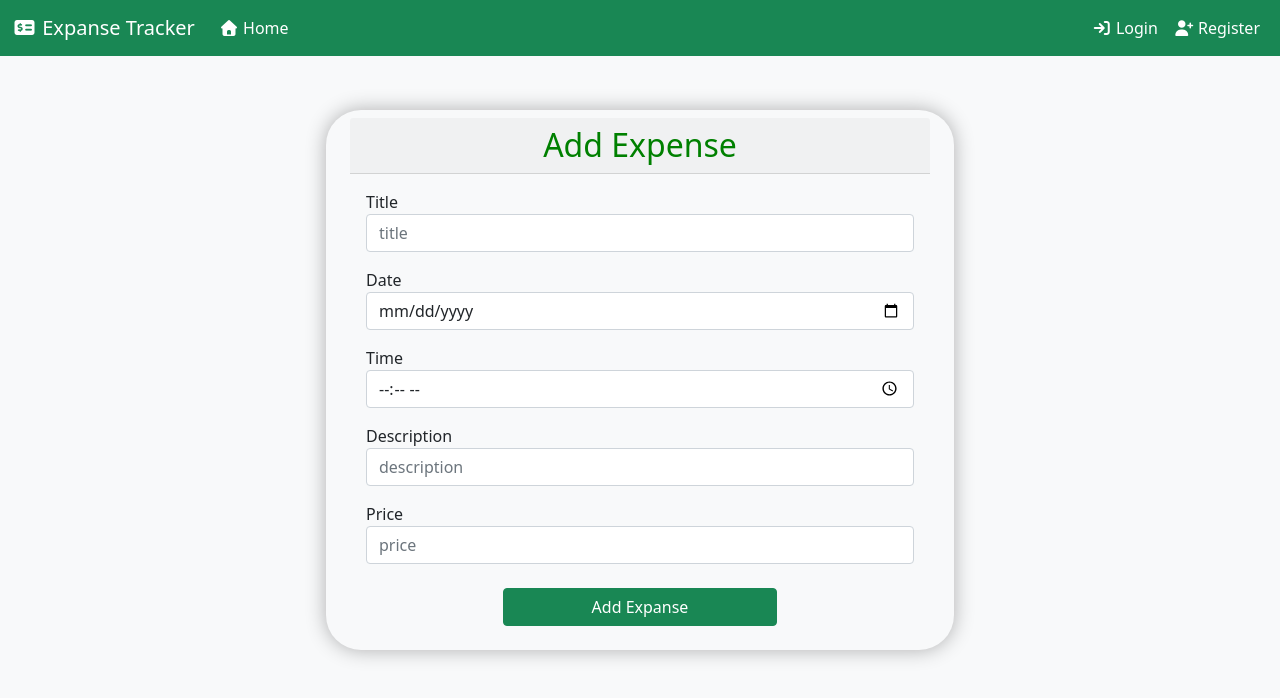
Repository: Hashim-Ansari-82/Java_Project
Page: http://localhost/Online_Expanse_Tracker/user/add_expense.jsp
The author's editor kept a copy of each file at every save. The page is drawn from the files as they stood at one save, then again after the next save.
The browser window is 1280 px wide. The pictures show the whole page.
Some web libraries are served in a nearby version. The page is served by Tomcat 9.

Above is the page before, as saved 2026-05-26 13:17:30.

After the next save:
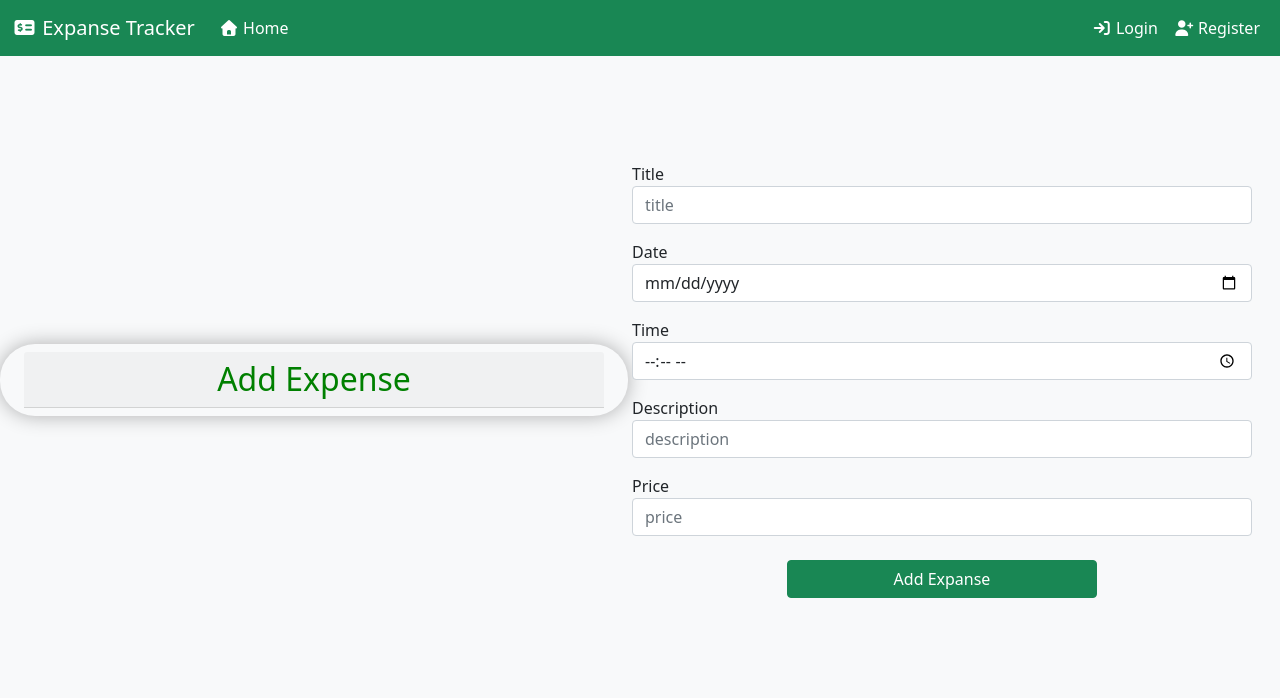
Saved 4 min 0 s later.
--- a/Online_Expanse_Tracker/src/main/webapp/user/add_expense.jsp
+++ b/Online_Expanse_Tracker/src/main/webapp/user/add_expense.jsp
@@ -25,6 +25,7 @@
 			style="width: 50%; border-radius: 35px;">
 			<h2 class="text-center card-header" ; style="color: green">Add
 				Expense</h2>
+				</div>
 			<div class="card-body text-start">
 				<form method="post" action="../saveExpanse">
 					<div class="mb-3">
@@ -47,16 +48,11 @@
 						<label>Price</label> <input type=text name=price
 							class="form-control" placeHolder="price">
 					</div>
-					<c:if test="${not empty msg }">
-						<p class="text-center text-primary fw-bold fs-6">${msg}</p>
-						<c:remove var="msg" />
-					</c:if>
 					<div class="text-center mt-4">
 						<button class="btn btn-success col-md-6">Add Expanse</button>
 					</div>
 				</form>
 			</div>
-		</div>
 	</div>
 </body>
 </html>

After the 3 saves that followed:
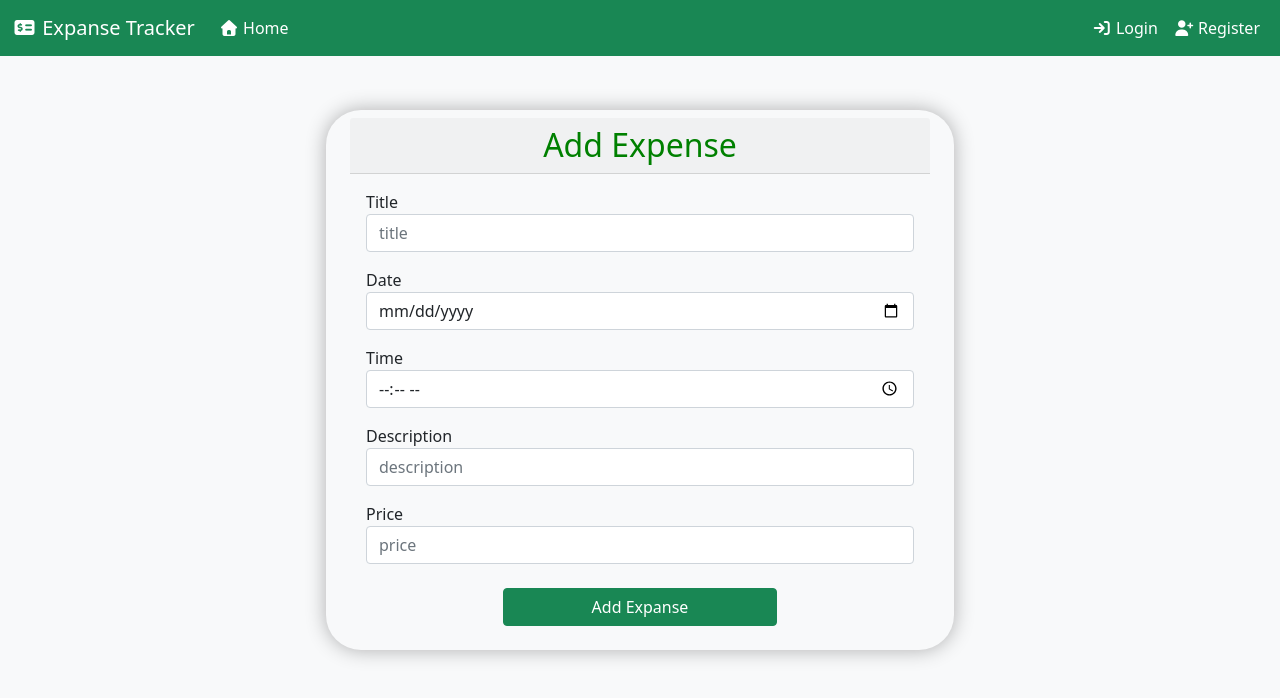
The 3 saves are shown as one change because 1 left the picture as it was and some came seconds apart.
The last was saved 79 s later.
--- a/Online_Expanse_Tracker/src/main/webapp/user/add_expense.jsp
+++ b/Online_Expanse_Tracker/src/main/webapp/user/add_expense.jsp
@@ -25,7 +25,6 @@
 			style="width: 50%; border-radius: 35px;">
 			<h2 class="text-center card-header" ; style="color: green">Add
 				Expense</h2>
-				</div>
 			<div class="card-body text-start">
 				<form method="post" action="../saveExpanse">
 					<div class="mb-3">
@@ -48,11 +47,16 @@
 						<label>Price</label> <input type=text name=price
 							class="form-control" placeHolder="price">
 					</div>
+					<c:if test="${not empty msg }">
+						<p class="text-center text-primary fw-bold fs-6">${msg}</p>
+						<c:remove var="msg" />
+					</c:if>
 					<div class="text-center mt-4">
 						<button class="btn btn-success col-md-6">Add Expanse</button>
 					</div>
 				</form>
 			</div>
+		</div>
 	</div>
 </body>
 </html>
